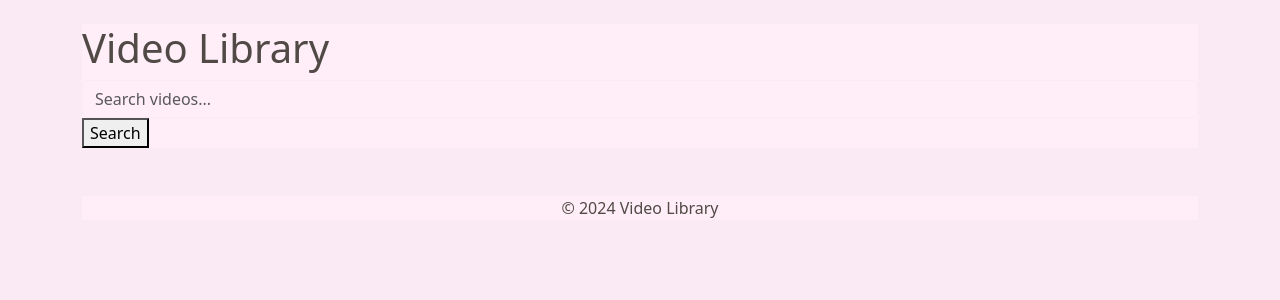
Repository: yellowspots/video_player
Page: index.html
These files come from the project's save history. The page is drawn as it stood at one moment and after the next save; the edit follows.
The browser window is 1280 px wide. The pictures show the whole page.
The page's requests for data from a server got no answer.

Above is the page before, as saved 2024-05-01 04:28:09.

After the next save:
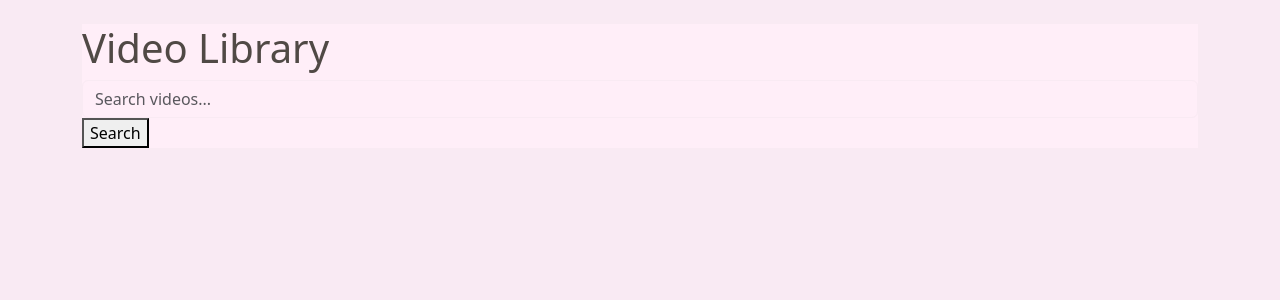
Saved 6 s later.
--- a/index.html
+++ b/index.html
@@ -36,7 +36,6 @@
         <nav id="themeNavigation" class="mb-3"></nav>
         <section id="videoList" class="row"></section>
         <footer class="text-center mt-4">
-            <p>© 2024 Video Library</p>
         </footer>
     </div>
 
